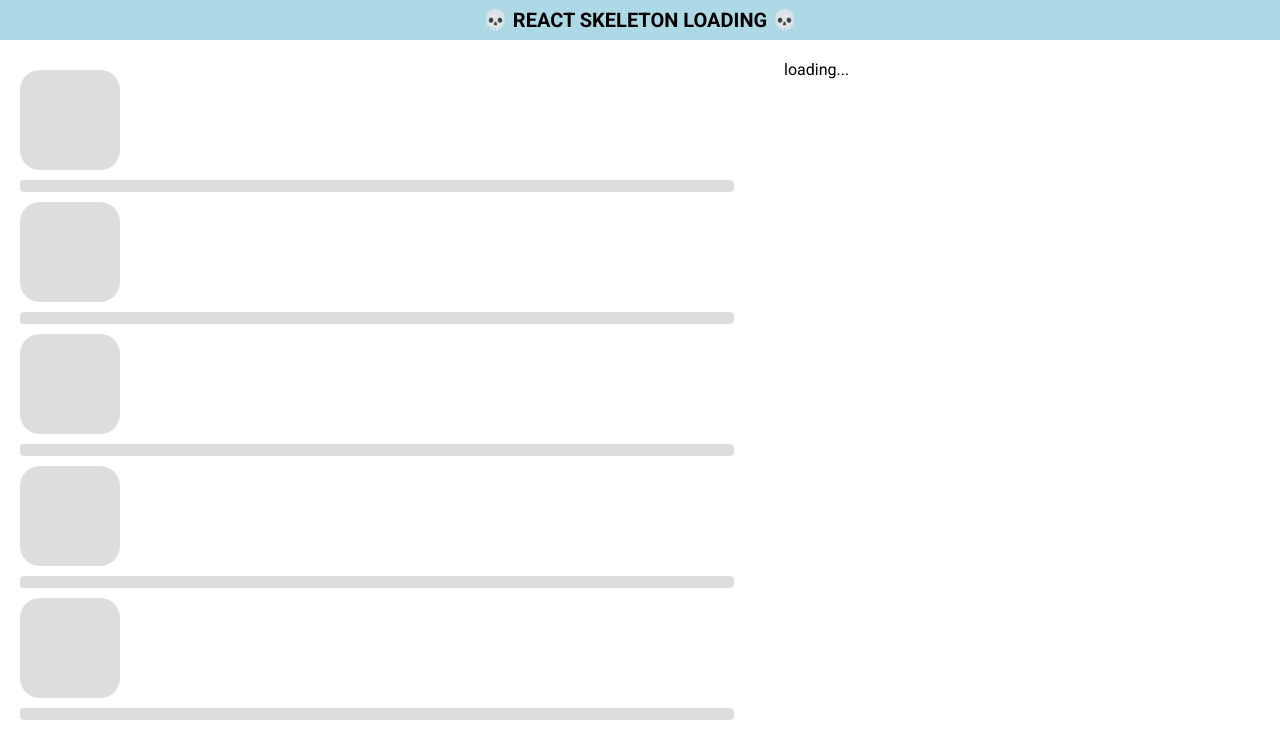
Repository: ethanJones21/React-Skeleton-Loading
Page: /
An editor plug-in stored every save of this project. The page is shown before and after the next save, followed by the edit.
The browser window is 1280 px wide. The pictures show the whole page.
The page's requests for data from a server got no answer. The project was rebuilt for these pictures with package versions that can differ from the ones it lists, and the page was loaded fresh each time. No one was signed in, and anything a server would have sent is missing. Also part of the build but not shown: src/components/Post.css, src/components/Post.js.

Above is the page before, as saved 2020-11-26 03:15:38.

### public/index.html
<!DOCTYPE html>
<html lang="en">
  <head>
    <meta charset="utf-8" />
    <link rel="icon" href="%PUBLIC_URL%/favicon.ico" />
    <meta name="viewport" content="width=device-width, initial-scale=1" />
    <meta name="theme-color" content="#000000" />
    <meta name="description" content="React skeleton loading" />
    <link rel="preconnect" href="https://fonts.gstatic.com" />
    <link
      href="https://fonts.googleapis.com/css2?family=Roboto:wght@100;300;400;500;700;900&display=swap"
      rel="stylesheet"
    />
    <title>React Skeleton</title>
  </head>
  <body>
    <noscript>You need to enable JavaScript to run this app.</noscript>
    <div id="root"></div>
  </body>
</html>

### src/App.js
import './App.css';
import Header from './components/Header';
import Posts from './components/Posts';
import User from './components/User';

function App() {
  return (
    <div className="app">
      <Header/>

      <div className="appContainer">
        <Posts/>
        <User/>
      </div>
    </div>
  );
}

export default App;

### src/App.css
*{
    margin: 0;
    font-family: 'Roboto', sans-serif;
}
.appContainer{
    display: flex;
    padding: 20px;
    align-items: start;
}

### src/components/Header.js
import React from 'react';
import "./Header.css"

const Header = () => {
    return (
        <div className="header">
            <span>💀 REACT SKELETON LOADING 💀 </span>
        </div>
    );
};

export default Header;

### src/components/Posts.js
import React, { useEffect, useState } from "react";
import Post from "./Post";
import "./Posts.css";
import { photos } from "../photos";
import Skeleton from "../skeleton/Skeleton";

const Posts = () => {
  const [postArray, setPostArray] = useState([]);

  useEffect(() => {
    setTimeout(() => {
      const fetchPosts = async () => {
        const res = await fetch("https://jsonplaceholder.typicode.com/posts");
        const data = await res.json();
        setPostArray(data.slice(0, 10));
      };
      fetchPosts();
    }, 1000);
  }, []);

  return (
    <div className="posts">
      {postArray.length > 0
        ? postArray.map((post) => (
            <Post
              key={post.id}
              post={{ ...post, photo: photos[post.id - 1] }}
            />
          ))
        : [1, 2, 3, 4, 5].map((item) => (
            <>
              <Skeleton type="avatar" />
              <Skeleton type="text" />
            </>
          ))}
    </div>
  );
};

export default Posts;

### src/components/User.js
import React, { useState, useEffect } from "react";
import "./User.css";
import {photos} from "../photos"

const User = () => {
  const [user, setUser] = useState(null);

  useEffect(() => {
    setTimeout(() => {
      const fetchUser = async () => {
        const res = await fetch("https://jsonplaceholder.typicode.com/users");
        const data = await res.json();
        setUser(data[0]);
      };
      fetchUser();
    }, 1000);
  }, []);

  return (
    <div className="user">
      {user !== null ? (
        <>
          <div className="userPhoto">
            <img
              className="userPhotoImg"
              src={photos[9]}
              alt="avatar"
            />
          </div>
          <div className="userInfo">
            <span className="userInfoText">
              <b>{user.name}</b>
            </span>
            <span className="userInfoText">{user.email}</span>
            <span className="userInfoText">{user.address.street}</span>
          </div>
          <button className="writeButton">Write a Story</button>
        </>
      ) : (
        <span>loading...</span>
      )}
    </div>
  );
};

export default User;

### src/components/Header.css
.header{
    display: flex;
    align-items: center;
    justify-content: center;
    height: 40px;
    width: 100%;
    background-color: lightblue;
    font-weight: 600;
    font-size: 20px;
}

### src/components/Posts.css
.posts{
    flex: 0.6;
    padding-right: 50px;
}

### src/photos.js
export const photos = [
  "https://images.pexels.com/photos/789296/pexels-photo-789296.jpeg?auto=compress&cs=tinysrgb&dpr=2&w=500",
  "https://images.pexels.com/photos/3772771/pexels-photo-3772771.jpeg?auto=compress&cs=tinysrgb&dpr=2&w=500",
  "https://images.pexels.com/photos/3059745/pexels-photo-3059745.jpeg?auto=compress&cs=tinysrgb&dpr=2&w=500",
  "https://images.pexels.com/photos/2896840/pexels-photo-2896840.jpeg?auto=compress&cs=tinysrgb&dpr=2&w=500",
  "https://images.pexels.com/photos/3155588/pexels-photo-3155588.jpeg?auto=compress&cs=tinysrgb&dpr=2&w=500",
  "https://images.pexels.com/photos/936019/pexels-photo-936019.jpeg?auto=compress&cs=tinysrgb&dpr=2&w=500",
  "https://images.pexels.com/photos/1071162/pexels-photo-1071162.jpeg?auto=compress&cs=tinysrgb&dpr=2&w=500",
  "https://images.pexels.com/photos/3147528/pexels-photo-3147528.jpeg?auto=compress&cs=tinysrgb&dpr=2&w=500",
  "https://images.pexels.com/photos/3541389/pexels-photo-3541389.jpeg?auto=compress&cs=tinysrgb&dpr=2&w=500",
  "https://images.pexels.com/photos/1680172/pexels-photo-1680172.jpeg?auto=compress&cs=tinysrgb&dpr=2&w=500",
];

### src/skeleton/Skeleton.js
import React from "react";
import "./Skeleton.css"

const Skeleton = ({ type }) => {
  return <div className={`skeleton ${type}`}></div>;
};

export default Skeleton;

### src/components/User.css
.user {
  flex: 0.4;
  display: flex;
  align-items: center;
}

.userPhotoImg {
  width: 60px;
  height: 60px;
  border-radius: 50%;
  margin-right: 20px;
  object-fit: cover;
}

.userInfo{
    display: flex;
    flex-direction: column;
}

.writeButton{
    padding: 10px;
    border: none;
    margin-left: 20px;
    border-radius: 10px;
    cursor: pointer;
}

.writeButton:focus{
    outline: none;
}

### src/skeleton/Skeleton.css
.skeleton {
  background: #ddd;
  overflow: hidden;
  margin: 10px 0;
  border-radius: 4px;
}

.skeleton.text {
  width: 100%;
  height: 12px;
}

.skeleton.title {
  width: 50%;
  height: 20px;
  margin-bottom: 15px;
}

.skeleton.avatar {
  width: 100px;
  height: 100px;
  border-radius: 20%;
}

.skeleton.userAvatar {
  width: 100px;
  height: 100px;
  border-radius: 50%;
}

### src/skeleton/PostSkeleton.js
import React from "react";
import "./PostSkeleton.css";
import Skeleton from "./Skeleton";

const PostSkeleton = () => {
  return (
    <div className="postSkeleton">
      <Skeleton type="avatar" />
      <div className="postSkeletonRight">
        <Skeleton type="title" />
        <Skeleton type="text" />
        <Skeleton type="text" />
        <Skeleton type="text" />
      </div>
    </div>
  );
};

export default PostSkeleton;

### src/skeleton/PostSkeleton.css
.postSkeleton{
    display: flex;
}

Loaded but not shown: src/index.js (common file)

After the next save:
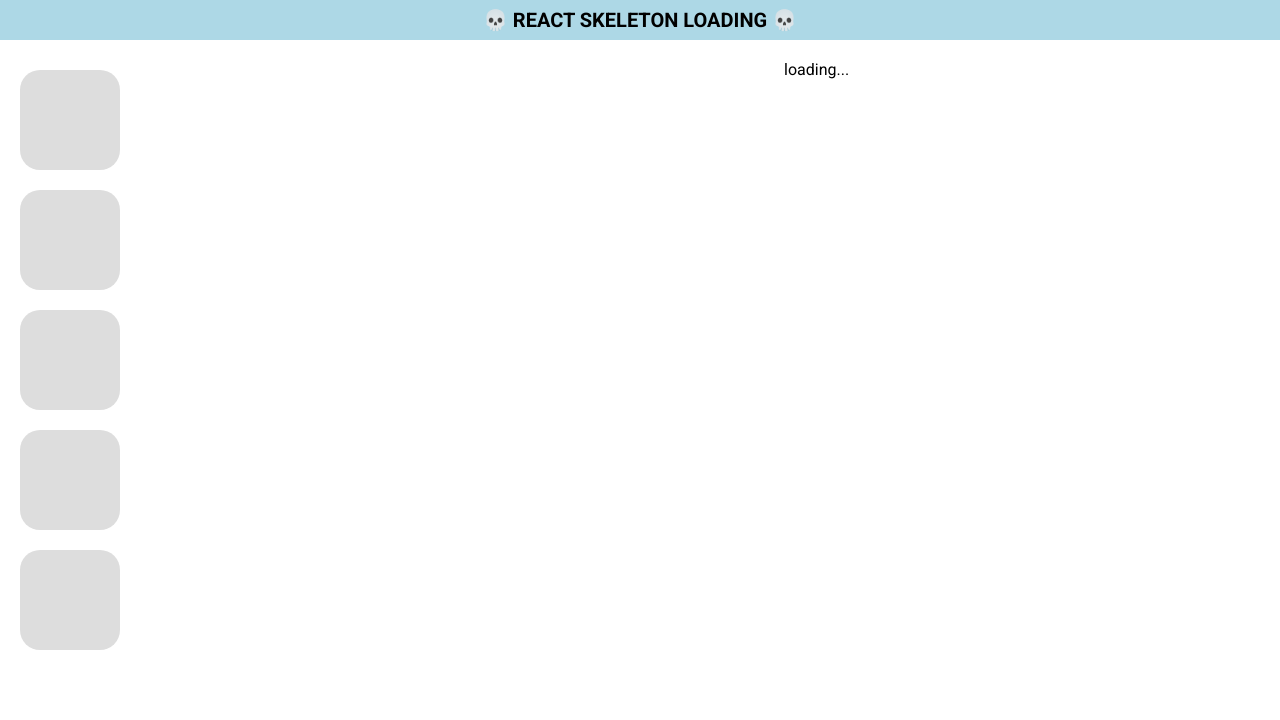
Saved 21 s later.
--- a/src/components/Posts.js
+++ b/src/components/Posts.js
@@ -2,7 +2,7 @@ import React, { useEffect, useState } from "react";
 import Post from "./Post";
 import "./Posts.css";
 import { photos } from "../photos";
-import Skeleton from "../skeleton/Skeleton";
+import PostSkeleton from "../skeleton/PostSkeleton";
 
 const Posts = () => {
   const [postArray, setPostArray] = useState([]);
@@ -27,12 +27,7 @@ const Posts = () => {
               post={{ ...post, photo: photos[post.id - 1] }}
             />
           ))
-        : [1, 2, 3, 4, 5].map((item) => (
-            <>
-              <Skeleton type="avatar" />
-              <Skeleton type="text" />
-            </>
-          ))}
+        : [1, 2, 3, 4, 5].map((item) => <PostSkeleton />)}
     </div>
   );
 };
